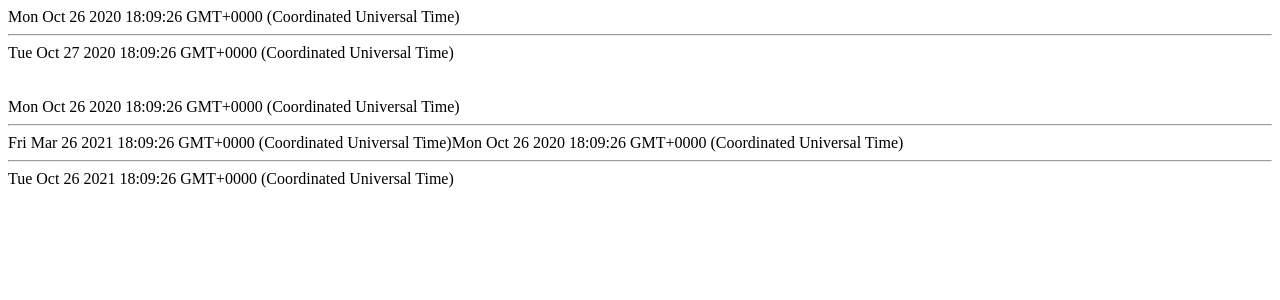
Repository: TeoNogueira/Aulas-Udemy-DevFull-Stack-Por-Jamilton-Damasceno-e-Jorge-Sant-Ana-
Page: public_project/JavaScript/function_native_datas.html
These files come from the project's save history. The page is drawn as it stood at one moment and after the next save; the edit follows.
The browser window is 1280 px wide. The pictures show the whole page.

Above is the page before, as saved 2020-10-26 19:39:29.

After the next save:
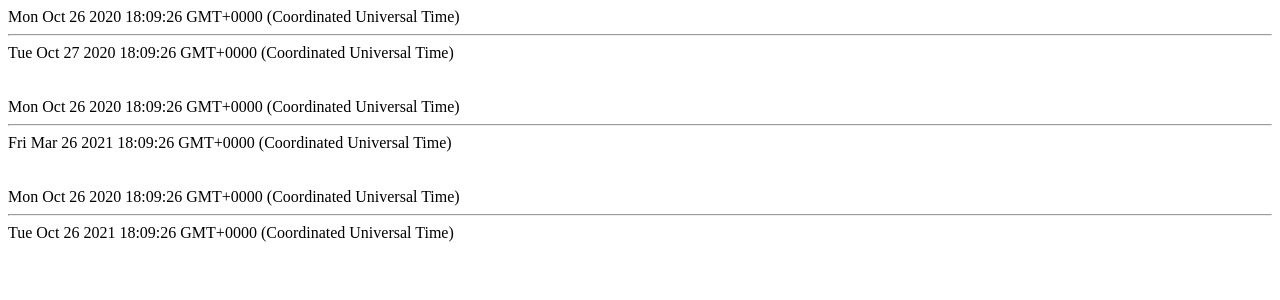
Saved 40 s later.
--- a/public_project/JavaScript/function_native_datas.html
+++ b/public_project/JavaScript/function_native_datas.html
@@ -44,7 +44,7 @@ document.write('<hr />')
 
 document.write(data.toString())
 
-
+document.write('<br />' + '<br />' + '<br />')
 //----------x-----------------------------------------------x----------------------------------x
 
 
